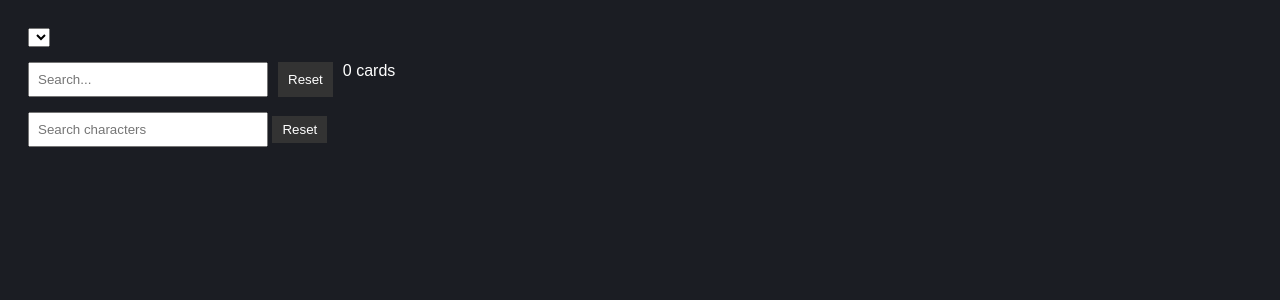
Repository: DinoYoda/Cookie-Run-Builds
Page: index.html
These files come from the project's save history. The page is drawn as it stood at one moment and after the next save; the edit follows.
The browser window is 1280 px wide. The pictures show the whole page.

Above is the page before, as saved 2026-03-10 01:23:10.
Console error (its wording comes from the project's code and is left out).

### index.html
<!DOCTYPE html>
<html>

<head>
<meta charset="UTF-8">
<title>Tier Lists</title>
<link rel="stylesheet" href="styles.css">
</head>

<body>

<div class="topbar">

<select id="gameSelect"></select>

<div id="tierTabs"></div>

</div>

<div class="controls">
  <input id="search" placeholder="Search...">
  <button id="reset">Reset</button>
  <span id="cardCounter">0 cards</span>
</div>

<input id="search" placeholder="Search characters">

<button id="reset">Reset</button>

</div>

<div id="filters"></div>

<div id="tierlist"></div>

<script src="ui.js"></script>

</body>
</html>

### styles.css
/* -----------------------------
  Base Styles
----------------------------- */
body{
  background:#1b1d23;
  color:white;
  font-family:sans-serif;
  padding:20px;
}

.title{
  text-align:center;
  margin-bottom:20px;
}

.controls{
  display:flex;
  gap:10px;
  margin-bottom:15px;
}

input{
  padding:8px;
  width:220px;
}

button{
  padding:6px 10px;
  background:#333;
  color:white;
  border:none;
  cursor:pointer;
}

button.active{
  background:#1f7ed0;
}

/* -----------------------------
  Filters
----------------------------- */
.filter-group{
  display:flex;
  gap:6px;
  margin-bottom:10px;
}

.filter-icon-btn{
  width:auto;
  min-width: 40px;
  height: 40px;
  background:#2a2a2a;
  border:1px solid #444;
  display:flex;
  align-items:center;
  justify-content:center;
  cursor:pointer;
}

.filter-icon-btn img{
  width:auto;
  height:24px;
  min-width: 24px;
}

.filter-icon-btn:hover{
  background:#3a3a3a;
}

.filter-icon-btn.active{
  background:#1e88e5;
  border-color:#1e88e5;
}

/* -----------------------------
  Tierlist Container
----------------------------- */
#tierlist{
  margin-top:20px;
}

/* -----------------------------
  Role Header
----------------------------- */
.role-header{
  display:grid;
  grid-template-columns:80px repeat(auto-fit,1fr);
  text-align:center;
  margin-bottom:10px;
}

/* -----------------------------
  Tier Rows
----------------------------- */
.tier-row{
  display:grid;
  grid-template-columns:80px repeat(auto-fit,1fr);
  margin-bottom:15px;
}

.tier-label{
  display:flex;
  text-shadow:
    -1px -1px 0 #000,
    1px -1px 0 #000,
    -1px 1px 0 #000,
    1px 1px 0 #000;
  align-items:center;
  justify-content:center;
  font-weight:bold;
  padding:4px 0;
  border-radius:4px;
}

/* Tier colors */
.tier-label.S\+{ background:rgb(246,236,133); }
.tier-label.S{ background:rgb(240,208,77); }
.tier-label.A\+{ background:rgb(239,146,61); }
.tier-label.A{ background:rgb(233,92,58); }
.tier-label.B{ background:rgb(174,67,58); }
.tier-label.C{ background:rgb(119,48,54); }
.tier-label.D{ background:rgb(61,27,31); }
.tier-label.E{ background:#1f0b0d; }

/* -----------------------------
  Columns
----------------------------- */
/* Role columns when enabled */
.role-column{
  background:#2a2d34;
  padding:10px;
  display:flex;
  flex-wrap:wrap;
  gap:10px;
}

/* Single column when roles are disabled */
.tier-column {
  grid-column: 2 / -1; /* starts after the 80px label */
  display: flex;
  flex-wrap: wrap;
  gap: 10px;
}

/* -----------------------------
  Character Cards
----------------------------- */
.card{
  width:90px;
  text-align:center;
  background:#2c2f39;
  border-radius:6px;
  padding:4px;
  box-shadow:0 1px 4px rgba(0,0,0,0.3);
}

.portrait{
  position:relative;
  width:90px;
  height:90px;
}

.portrait img.character-img{
  width:90px;
  height:90px;
  border-radius:6px;
}

.element-icon{
  position:absolute;
  top:2px;
  left:2px;
  width:18px;
  height:18px;
}

.eidolon{
  position:absolute;
  bottom:2px;
  right:2px;
  background:#000a;
  font-size:10px;
  padding:2px 4px;
  border-radius:2px;
}

.name{
  font-size:12px;
  margin-top:4px;
  word-break:break-word;
}

.tags, .badges{
  font-size:10px;
  color:#8fd3ff;
  margin-top:2px;
}

/* -----------------------------
  Topbar / Tabs
----------------------------- */
.topbar{
  display:flex;
  gap:15px;
  margin-bottom:15px;
}

#tierTabs button{
  margin-right:5px;
}

/* -----------------------------
  Responsive adjustments
----------------------------- */
@media (max-width:800px){
.role-header, .tier-row {
  display: grid;
  grid-template-columns: 80px repeat(auto-fill, minmax(100px, 1fr));
  text-align: center;
}

  .card{
    width:70px;
  }

  .portrait{
    width:70px;
    height:70px;
  }

  .portrait img.character-img{
    width:70px;
    height:70px;
  }

  .element-icon{
    width:16px;
    height:16px;
  }
}

### ui.js
let DATA

let currentGame = null
let currentTierlist = null

let searchText = ""
let activeFilters = {}

const gameSelect = document.getElementById("gameSelect")
const tierTabs = document.getElementById("tierTabs")
const filtersContainer = document.getElementById("filters")
const tierlistContainer = document.getElementById("tierlist")
const searchInput = document.getElementById("search")
const resetBtn = document.getElementById("reset")



/* -----------------------------
LOAD DATA
----------------------------- */

fetch("data.js")
.then(r => r.json())
.then(data => {

    DATA = data

    buildGameSelector()

})



/* -----------------------------
GAME SELECTOR
----------------------------- */

function buildGameSelector(){

    gameSelect.innerHTML = ""

    DATA.games.forEach(game => {

        const option = document.createElement("option")

        option.value = game.id
        option.textContent = game.name

        gameSelect.appendChild(option)

    })

    gameSelect.onchange = () => {

        loadGame(gameSelect.value)

    }

    loadGame(DATA.games[0].id)

}



function loadGame(gameId){

    currentGame = DATA.games.find(g => g.id === gameId)

    activeFilters = {}
    searchText = ""

    searchInput.value = ""

    buildTabs()
    buildFilters()

    renderTierlist()

}



/* -----------------------------
TIERLIST TABS
----------------------------- */

function buildTabs(){

    tierTabs.innerHTML = ""

    currentGame.tierlists.forEach((tierlist, index) => {

        const tab = document.createElement("button")

        tab.textContent = tierlist.name
        tab.className = "tier-tab"

        tab.onclick = () => {

            currentTierlist = tierlist

            updateActiveTab(tab)

            renderTierlist()

        }

        if(index === 0){

            currentTierlist = tierlist
            tab.classList.add("active")

        }

        tierTabs.appendChild(tab)

    })

}



function updateActiveTab(active){

    document.querySelectorAll(".tier-tab").forEach(t => {

        t.classList.remove("active")

    })

    active.classList.add("active")

}



/* -----------------------------
FILTER UI
----------------------------- */

function buildFilters(){

    filtersContainer.innerHTML=""

    const filters = currentGame.filters

    Object.entries(filters).forEach(([category,values])=>{

        const group=document.createElement("div")
        group.className="filter-group"

        values.forEach(value=>{

            const btn=document.createElement("button")

            btn.className="filter-icon-btn"

            btn.dataset.category = category
            btn.dataset.value = value

            const iconPath = `icons/${value}.png`

            btn.title = value

            btn.innerHTML = `
                <img src="${iconPath}" alt="${value}">
            `

            btn.onclick = ()=>{

                if(activeFilters[category] === value){

                    delete activeFilters[category]
                    btn.classList.remove("active")

                }else{

                    activeFilters[category] = value

                    group.querySelectorAll("button")
                        .forEach(b=>b.classList.remove("active"))

                    btn.classList.add("active")

                }

                renderTierlist()

            }

            group.appendChild(btn)

        })

        filtersContainer.appendChild(group)

    })

}



/* -----------------------------
SEARCH
----------------------------- */

searchInput.addEventListener("input", () => {

    searchText = searchInput.value.toLowerCase()

    renderTierlist()

})



/* -----------------------------
RESET BUTTON
----------------------------- */

resetBtn.onclick = () => {

    activeFilters = {}
    searchText = ""

    searchInput.value = ""

    document.querySelectorAll(".filter-btn")
        .forEach(btn => btn.classList.remove("active"))

    renderTierlist()

}



/* -----------------------------
FILTER LOGIC
----------------------------- */

function applyFilters(character){
    // Search filter
    if(searchText){
        if(!character.name.toLowerCase().includes(searchText)) return false
    }

    // Category filters
    for(const [category, value] of Object.entries(activeFilters)){
        const charValue = character[category]

        if(Array.isArray(charValue)){
            // Pass if any value matches
            if(!charValue.includes(value)) return false
        } else {
            // Single value
            if(charValue != value) return false
        }
    }

    return true
}



/* -----------------------------
ROLE HEADER
----------------------------- */

function buildRoleHeader(container){

    const header = document.createElement("div")

    header.className = "role-header"

    const empty = document.createElement("div")
    empty.className = "tier-label"

    header.appendChild(empty)

    currentGame.roles.forEach(role => {

        const roleDiv = document.createElement("div")

        roleDiv.className = "role-name"
        roleDiv.textContent = role.name

        header.appendChild(roleDiv)

    })

    container.appendChild(header)

}



/* -----------------------------
RENDER TIERLIST
----------------------------- */

function renderTierlist() {
    tierlistContainer.innerHTML = ""
    if (!currentTierlist) return

    // Only build role header if roles are enabled
    if (currentGame.features.role) {
        buildRoleHeader(tierlistContainer)
    }

    const tiers = currentTierlist.tiers
    const entries = currentTierlist.entries

    tiers.forEach((tierName, i) => {
        const row = document.createElement("div")
        row.className = "tier-row"

        const tierLabel = document.createElement("div")
        tierLabel.className = "tier-label " + tierName
        tierLabel.textContent = tierName
        row.appendChild(tierLabel)

        if (currentGame.features.role) {
            currentGame.roles.forEach(role => {
                const column = document.createElement("div")
                column.className = "role-column"

                if (entries[i]) {
                    entries[i]
                        .map(name => currentGame.characters.find(c => c.name === name))
                        .filter(Boolean)
                        .filter(c => c.role === role.name)
                        .filter(applyFilters)
                        .sort((a, b) => a.name.localeCompare(b.name))
                        .forEach(c => column.appendChild(createCard(c)))
                }

                row.appendChild(column)
            })
        } else {
            const column = document.createElement("div")
            column.className = "tier-column"

            if (entries[i]) {
                entries[i]
                    .map(name => currentGame.characters.find(c => c.name === name))
                    .filter(Boolean)
                    .filter(applyFilters)
                    .sort((a, b) => a.name.localeCompare(b.name))
                    .forEach(c => column.appendChild(createCard(c)))
            }

            row.appendChild(column)
        }

        tierlistContainer.appendChild(row)
    })
}

// Example: createCard also checks features
function createCard(char) {
    const card = document.createElement("div")
    card.className = "card"

    let html = `<div class="portrait"><img src="${char.image}" class="character-img">`

    if (currentGame.features.elementIcon && char.icon) {
        html += `<img class="element-icon" src="${char.icon}">`
    }

    if (currentGame.features.eidolon) {
        html += `<div class="eidolon">E${char.eidolon ?? 0}</div>`
    }

    html += `</div><div class="name">${char.name}</div>`

    if (currentGame.features.tags && char.tags) {
        html += `<div class="tags">${char.tags.join(", ")}</div>`
    }

    if (currentGame.features.badges && char.badges) {
        html += `<div class="badges">${char.badges.join(", ")}</div>`
    }

    card.innerHTML = html
    return card
}



/* -----------------------------
CHARACTER CARD
----------------------------- */
function getCardImagePath(name) {
    // 1. Convert to lowercase
    let newName = name.toLowerCase()

    // 2. Remove 'cookie' at the end if it exists
    newName = newName.replace(/ cookie$/i, "")

    // 3. Replace spaces with underscores
    newName = newName.replace(/\s+/g, "_")

    // 4. Build image path
    return `icons/cookie_${newName}_card.png`
}
function createCard(char) {
    const card = document.createElement("div")
    card.className = "card"

    const imgSrc = getCardImagePath(char.name)

    let html = `<div class="portrait"><img src="${imgSrc}" class="character-img">`

    if(currentGame.features.elementIcon && char.icon){
        html += `<img class="element-icon" src="${char.icon}">`
    }

    if(currentGame.features.eidolon){
        html += `<div class="eidolon">E${char.eidolon ?? 0}</div>`
    }

    html += `</div><div class="name">${char.name}</div>`

    if(currentGame.features.tags && char.tags){
        html += `<div class="tags">${char.tags.join(", ")}</div>`
    }

    if(currentGame.features.badges && char.badges){
        html += `<div class="badges">${char.badges.join(", ")}</div>`
    }

    card.innerHTML = html
    return card
}

Loaded but not shown: data.js (3397 lines, source omitted)

After the next save:
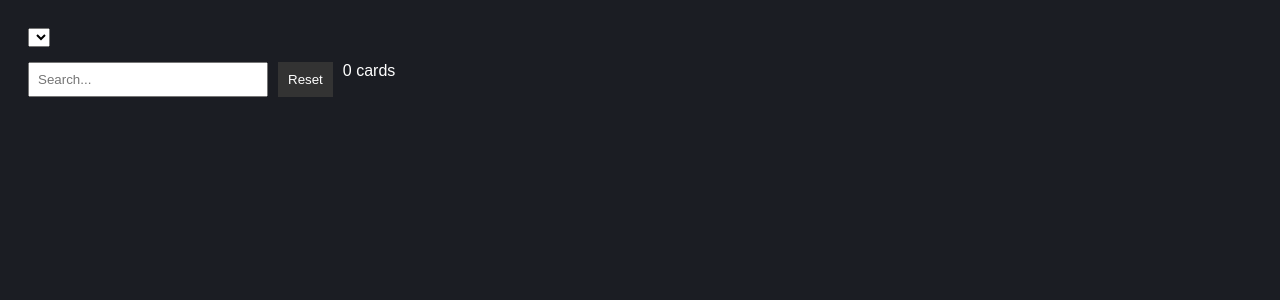
Saved 8 s later.
--- a/index.html
+++ b/index.html
@@ -23,12 +23,6 @@
   <span id="cardCounter">0 cards</span>
 </div>
 
-<input id="search" placeholder="Search characters">
-
-<button id="reset">Reset</button>
-
-</div>
-
 <div id="filters"></div>
 
 <div id="tierlist"></div>
